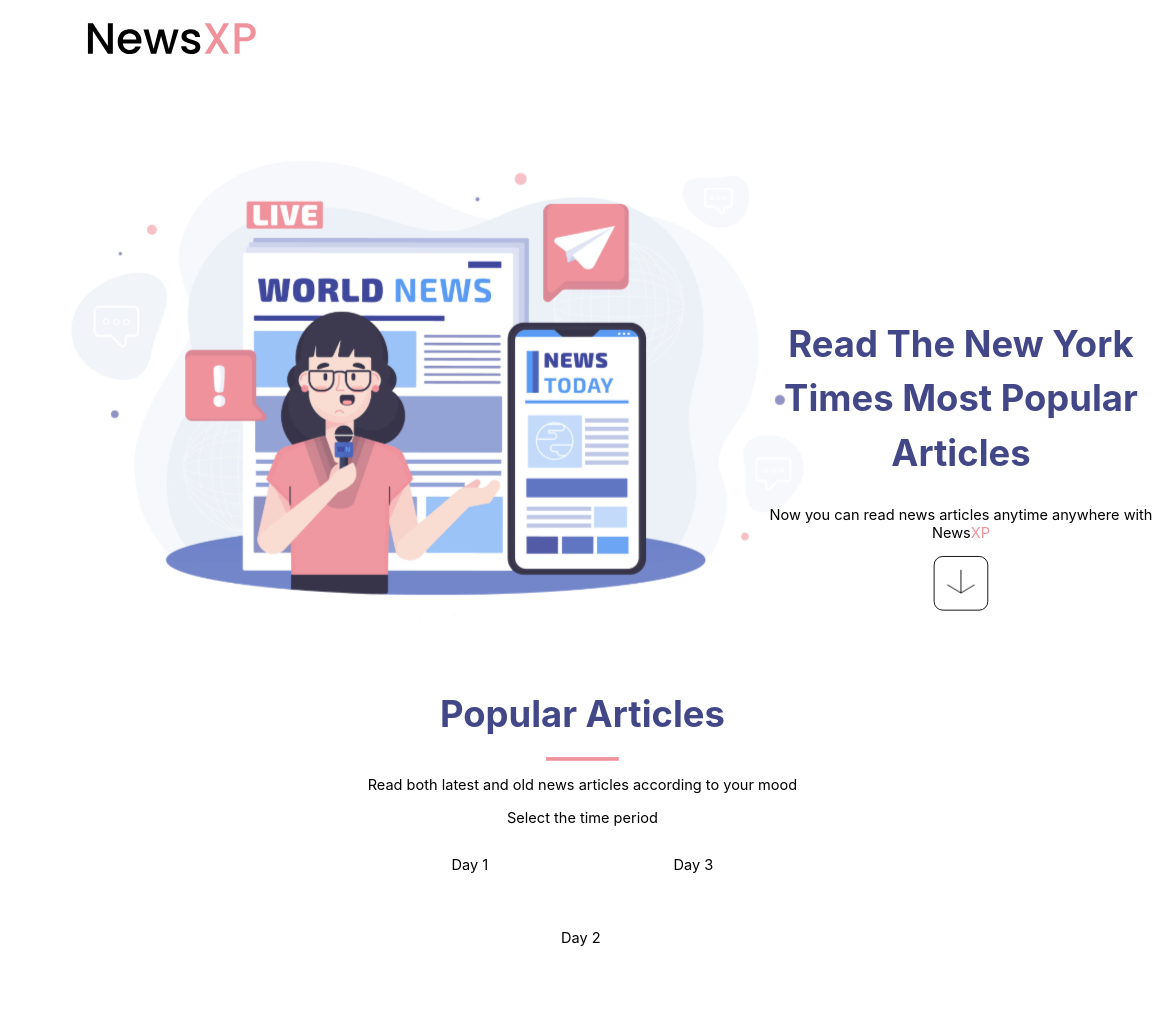
Repository: vishalsinghhh/NewsXP
Page: /
An editor plug-in stored every save of this project. The page is shown before and after a run of saves, followed by the edit.
The browser window is 1280 px wide. The pictures show the whole page, at 91% of full size.
The project was rebuilt for these pictures with package versions that can differ from the ones it lists, and the page was loaded fresh each time. Imported but missing from the stored project, and not drawn on this page: src/pages/Error.

Above is the page before, as saved 2021-08-20 11:20:28.

### src/App.js
import React from "react";
import { BrowserRouter as Router, Route, Switch } from "react-router-dom";
// import pages
import Home from "./pages/Home";
import Error from "./pages/Error";
// import components
import Navbar from "./components/Navbar"
import Footer from "./components/Footer"

function App() {
  return (
    <div>
      <Router>
        <Navbar />
        <Switch>
          <Route exact path="/">
            <Home />
          </Route>
          <Route path="*">
            <Error />
          </Route>
        </Switch>
        <Footer/>
      </Router>
    </div>
  );
}

export default App;

### src/pages/Home.jsx
import React from 'react'
import hero from '../images/hero.svg'
import arrow from '../images/arror.svg'
import './pages.css'

const Home = () => {
    return (
      <main>
        <div className="hero">
          <div className="hero-center">
            <div className="hero-info">
              <h1>Read The New York Times Most Popular Articles</h1>
              <p>
                Now you can read news articles anytime anywhere with News
                <span className="xp">XP</span>
              </p>
              <button className="btn">
                <img src={arrow} alt="arrow" className="arrow" />
              </button>
            </div>
            <div className="hero-images">
              <img src={hero} alt="hero" className="hero-img" />
            </div>
          </div>
        </div>
        <div className="news">
          <div className="news-center">
            <div className="news-info">
              <h1 className="news-title">Popular Articles</h1>
              <div className="underline"></div>
              <p>
                Read both latest and old news articles according to your mood
              </p>
              <p>Select the time period</p>
              <div className="days">
                <div className="day1"><p>Day 1</p></div>
                <div className="day2"><p>Day 2</p></div>
                <div className="day3"><p>Day 3</p></div>
              </div>
              <div className="news-cards">
              </div>
            </div>
          </div>
        </div>
      </main>
    );
}

export default Home

### src/components/Navbar.js
import React from 'react'
import { Link } from "react-router-dom";
import logo from '../images/logo.svg';
import './Components.css';

const Navbar = () => {
    return (
        <nav className="nav">
            <div className="nav-center">
                <Link to='/'>
                    <img src={logo} alt="logo" className="logo" />
                </Link>
            </div>
        </nav>
    )
}

export default Navbar

### src/components/Footer.js
import React from 'react'

const Footer = () => {
    return (
        <div>
            {/* <h1>Footer</h1> */}
        </div>
    )
}

export default Footer

### src/pages/pages.css
.btn {
  /* Rectangle 1 */

  /* position: absolute; */
  width: 60px;
  height: 60px;
  left: 1113px;
  top: 512px;

  background: #ffffff;
  border: 1px solid #000000;
  box-sizing: border-box;
  border-radius: 10px;
}

.hero::before {
  content: "";
  position: absolute;
  width: 100%;
  height: 65%;
  top: 0;
  left: 0;
}
.hero {
  position: relative;
  min-height: 100vh;
  margin-top: -5rem;
  margin-left: 2rem;
  display: grid;
  grid-template-columns: 1fr;
  /* justify-items: center; */
}
.hero-center {
  width: 90vw;
  max-width: var(--max-width);
  display: grid;
  align-items: center;
}
.hero-img {
  /* position: relative; */
  z-index: -1;
  margin-top: 10%;
}
.hero-info {
  position: absolute;
  text-transform: none;
  margin-left: 50rem;
  margin-top: 16rem;
  text-align: center;
}
.hero-info h1 {

  max-width: 1500px;
  font-size: 2.5rem;
  letter-spacing: 3%;
  line-height: 150%;
  color: #424787;
}
.xp{
    color: #EF929C;
}
.btn{
    cursor: pointer;
}
.btn:hover{
    background: #EF929C;
    transition: all 0.7s ease;
}
.arrow{
    animation: bounce 2s infinite;
}
@keyframes bounce {
  0%, 20%, 50%, 80%, 100% {
    transform: translateY(0);
  }
  40% {
    transform: translateY(-25px);
  }
  60% {
    transform: translateY(-10px);
  }
}


/* *******Popular Articles*********  */
/* .news{
  position: absolute;
  justify-content: center;
  align-items: center;
} */
.news{
  display: flex;
  justify-content: center;
  text-align: center;
}
.news-title{
  max-width: 1500px;
  font-size: 2.5rem;
  letter-spacing: 3%;
  line-height: 150%;
  color: #424787;
}
.underline {
  width: 5rem;
  height: 0.25rem;
  background: #EF929C;
  margin-top: -2%;
  margin-left: auto;
  margin-right: auto;
}
.days{
  display: flex;
  justify-content: center;
  text-align: center;
}
.day2{
  padding: 5rem ;
}

### src/components/Components.css
:root {

  --transition: all 0.3s linear;
  --spacing: 0.1rem;
  --radius: 0.25rem;
  --light-shadow: 0 5px 15px rgba(0, 0, 0, 0.1);
  --dark-shadow: 0 5px 15px rgba(0, 0, 0, 0.2);
  --max-width: 1170px;
  --fixed-width: 620px;
}
.nav {
  height: 5.5rem;
  display: flex;
  align-items: center;
  justify-content: center;
  background: transparent;
  position: relative;
  z-index: 1;
}
.nav-center {
  width: 85vw;
  /* max-width: var(--max-width); */
}

Loaded but not shown: public/index.html (common file); src/index.js (common file); src/index.css (common file)

After the next 3 saves:
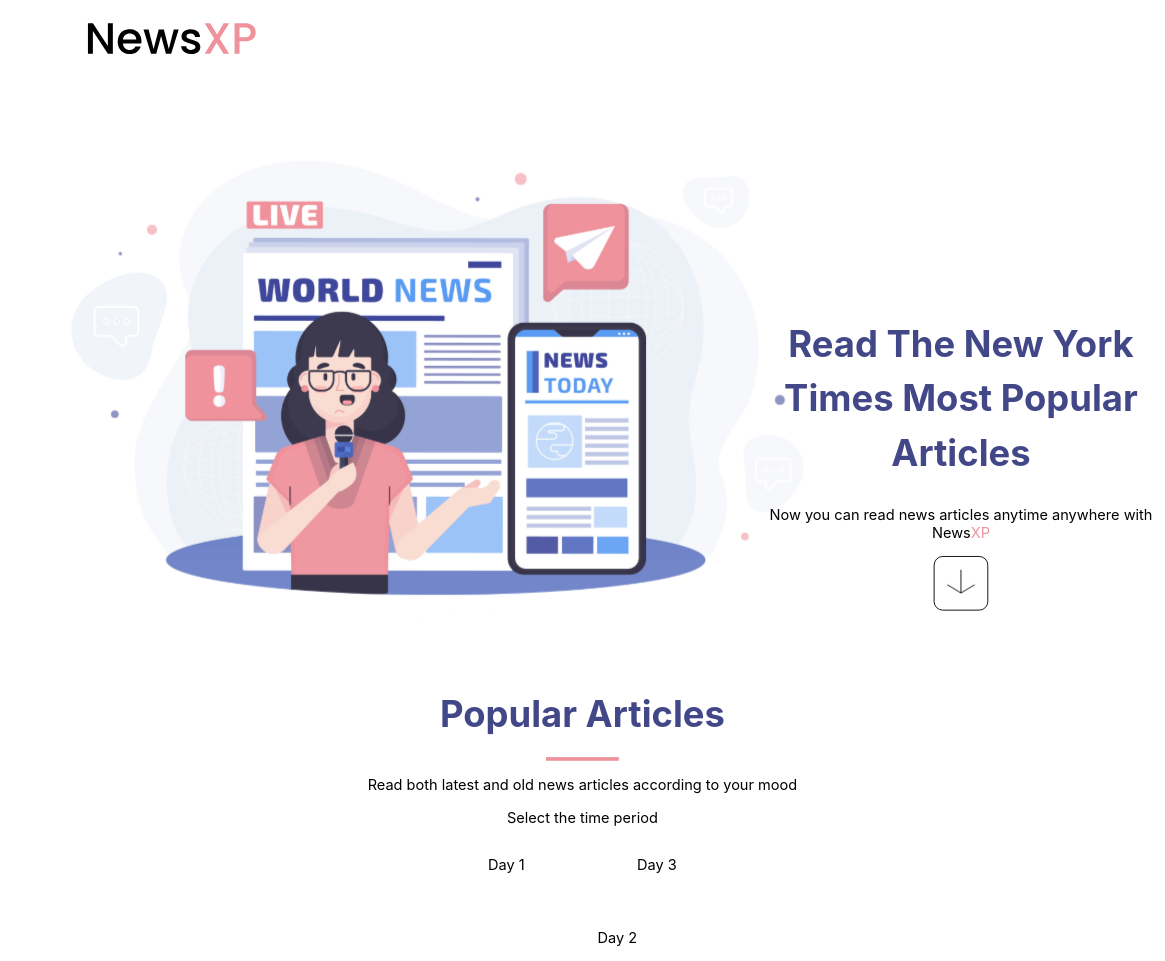
The 3 saves are shown as one change because they came seconds apart.
The last was saved 10 s later.
--- a/src/pages/pages.css
+++ b/src/pages/pages.css
@@ -114,5 +114,5 @@
   text-align: center;
 }
 .day2{
-  padding: 5rem ;
+  padding: 5rem 0rem 0rem 5rem;
 }
